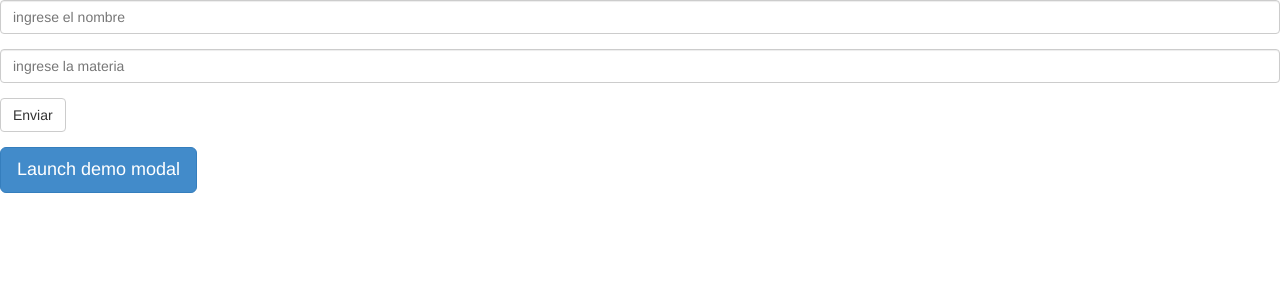
Repository: diego-gabriel/procesos_agiles
Page: http://localhost/
The author's editor kept a record of every edit. The page is drawn from the files as they stood at one moment, then again after the next edit.
The browser window is 1280 px wide. The pictures show the whole page.
The page is run by PHP 8.4 with error messages shown; the project is at /var/www/html/.

Above is the page before.

### index.php
<!DOCTYPE html>
<html>
<head>
		<link rel="stylesheet" href="css/bootstrap.css">
		<link rel="stylesheet" href="css/datepicker.css">
		<script src="js/jquery.min.js"></script>
		<script src="js/bootstrap.js"></script>
		<script src="js/bootstrap-datepicker.js"></script>
		<script>
			$(function(){
			 $('.datepicker').datepicker();
			});
		</script>
	</head>
	<body>

		<div name="container">
		 <form action="index.php" method="post" name="fventa">

		 	 <div class="form-group">

			  <input type="text" name="nombre" class="form-control" placeholder="ingrese el nombre"/>
			  </div>
			  <div class="form-group">
			    <input type="text" name="materia" class="form-control" placeholder="ingrese la materia"/>
			  </div>
			  <div class="form-group">
				<button type="submit" class="btn btn-default">Enviar</button>
		       </div>
			</form>
		</div>



<!-- Button trigger modal -->
<button class="btn btn-primary btn-lg" data-toggle="modal" data-target="#login">
  Launch demo modal
</button>

<!-- Modal -->
<div class="modal fade" id="login" tabindex="-1" role="dialog" aria-labelledby="loginLabel" aria-hidden="true">
  <div class="modal-dialog modal-sm">
    <div class="modal-content">
      <div class="modal-header">
        <button type="button" class="close" data-dismiss="modal"><span aria-hidden="true">&times;</span><span class="sr-only">cerrar</span></button>
        <h4 class="modal-title" id="loginLabel">Ingrese sus datos</h4>
      </div>
      <div class="modal-body">
        	<div class="main-contant">
					<h3>
						Login
					</h3><hr>

					<input type="text" name="username" placeholder="UserName">
					<input type="password" name="password" placeholder="Password">
					<button class='btn btn-primary' style='width:100%;margin-top:10%;height:45px;' >LogIn </button>

				</div>   <!---end of main-contant----->

	</body>
</html>

### css/datepicker.css
/*!
 * Datepicker for Bootstrap
 *
 * Copyright 2012 Stefan Petre
 * Licensed under the Apache License v2.0
 * http://www.apache.org/licenses/LICENSE-2.0
 *
 */
.datepicker {
  top: 0;
  left: 0;
  padding: 4px;
  margin-top: 1px;
  -webkit-border-radius: 4px;
  -moz-border-radius: 4px;
  border-radius: 4px;
  /*.dow {
    border-top: 1px solid #ddd !important;
  }*/

}
.datepicker:before {
  content: '';
  display: inline-block;
  border-left: 7px solid transparent;
  border-right: 7px solid transparent;
  border-bottom: 7px solid #ccc;
  border-bottom-color: rgba(0, 0, 0, 0.2);
  position: absolute;
  top: -7px;
  left: 6px;
}
.datepicker:after {
  content: '';
  display: inline-block;
  border-left: 6px solid transparent;
  border-right: 6px solid transparent;
  border-bottom: 6px solid #ffffff;
  position: absolute;
  top: -6px;
  left: 7px;
}
.datepicker > div {
  display: none;
}
.datepicker table {
  width: 100%;
  margin: 0;
}
.datepicker td,
.datepicker th {
  text-align: center;
  width: 20px;
  height: 20px;
  -webkit-border-radius: 4px;
  -moz-border-radius: 4px;
  border-radius: 4px;
}
.datepicker td.day:hover {
  background: #eeeeee;
  cursor: pointer;
}
.datepicker td.day.disabled {
  color: #eeeeee;
}
.datepicker td.old,
.datepicker td.new {
  color: #999999;
}
.datepicker td.active,
.datepicker td.active:hover {
  color: #ffffff;
  background-color: #006dcc;
  background-image: -moz-linear-gradient(top, #0088cc, #0044cc);
  background-image: -webkit-gradient(linear, 0 0, 0 100%, from(#0088cc), to(#0044cc));
  background-image: -webkit-linear-gradient(top, #0088cc, #0044cc);
  background-image: -o-linear-gradient(top, #0088cc, #0044cc);
  background-image: linear-gradient(to bottom, #0088cc, #0044cc);
  background-repeat: repeat-x;
  filter: progid:DXImageTransform.Microsoft.gradient(startColorstr='#ff0088cc', endColorstr='#ff0044cc', GradientType=0);
  border-color: #0044cc #0044cc #002a80;
  border-color: rgba(0, 0, 0, 0.1) rgba(0, 0, 0, 0.1) rgba(0, 0, 0, 0.25);
  *background-color: #0044cc;
  /* Darken IE7 buttons by default so they stand out more given they won't have borders */

  filter: progid:DXImageTransform.Microsoft.gradient(enabled = false);
  color: #fff;
  text-shadow: 0 -1px 0 rgba(0, 0, 0, 0.25);
}
.datepicker td.active:hover,
.datepicker td.active:hover:hover,
.datepicker td.active:focus,
.datepicker td.active:hover:focus,
.datepicker td.active:active,
.datepicker td.active:hover:active,
.datepicker td.active.active,
.datepicker td.active:hover.active,
.datepicker td.active.disabled,
.datepicker td.active:hover.disabled,
.datepicker td.active[disabled],
.datepicker td.active:hover[disabled] {
  color: #ffffff;
  background-color: #0044cc;
  *background-color: #003bb3;
}
.datepicker td.active:active,
.datepicker td.active:hover:active,
.datepicker td.active.active,
.datepicker td.active:hover.active {
  background-color: #003399 \9;
}
.datepicker td span {
  display: block;
  width: 47px;
  height: 54px;
  line-height: 54px;
  float: left;
  margin: 2px;
  cursor: pointer;
  -webkit-border-radius: 4px;
  -moz-border-radius: 4px;
  border-radius: 4px;
}
.datepicker td span:hover {
  background: #eeeeee;
}
.datepicker td span.active {
  color: #ffffff;
  background-color: #006dcc;
  background-image: -moz-linear-gradient(top, #0088cc, #0044cc);
  background-image: -webkit-gradient(linear, 0 0, 0 100%, from(#0088cc), to(#0044cc));
  background-image: -webkit-linear-gradient(top, #0088cc, #0044cc);
  background-image: -o-linear-gradient(top, #0088cc, #0044cc);
  background-image: linear-gradient(to bottom, #0088cc, #0044cc);
  background-repeat: repeat-x;
  filter: progid:DXImageTransform.Microsoft.gradient(startColorstr='#ff0088cc', endColorstr='#ff0044cc', GradientType=0);
  border-color: #0044cc #0044cc #002a80;
  border-color: rgba(0, 0, 0, 0.1) rgba(0, 0, 0, 0.1) rgba(0, 0, 0, 0.25);
  *background-color: #0044cc;
  /* Darken IE7 buttons by default so they stand out more given they won't have borders */

  filter: progid:DXImageTransform.Microsoft.gradient(enabled = false);
  color: #fff;
  text-shadow: 0 -1px 0 rgba(0, 0, 0, 0.25);
}
.datepicker td span.active:hover,
.datepicker td span.active:focus,
.datepicker td span.active:active,
.datepicker td span.active.active,
.datepicker td span.active.disabled,
.datepicker td span.active[disabled] {
  color: #ffffff;
  background-color: #0044cc;
  *background-color: #003bb3;
}
.datepicker td span.active:active,
.datepicker td span.active.active {
  background-color: #003399 \9;
}
.datepicker td span.old {
  color: #999999;
}
.datepicker th.switch {
  width: 145px;
}
.datepicker th.next,
.datepicker th.prev {
  font-size: 21px;
}
.datepicker thead tr:first-child th {
  cursor: pointer;
}
.datepicker thead tr:first-child th:hover {
  background: #eeeeee;
}
.input-append.date .add-on i,
.input-prepend.date .add-on i {
  display: block;
  cursor: pointer;
  width: 16px;
  height: 16px;
}

Loaded but not shown: css/bootstrap.css (library); js/jquery.min.js (library); js/bootstrap.js (library); js/bootstrap-datepicker.js (library)

After the next edit:
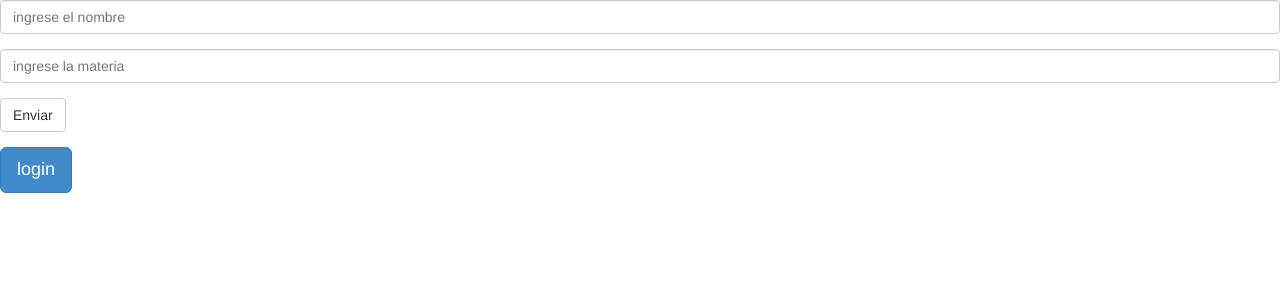
The edit:
--- a/index.php
+++ b/index.php
@@ -34,7 +34,7 @@
 
 <!-- Button trigger modal -->
 <button class="btn btn-primary btn-lg" data-toggle="modal" data-target="#login">
-  Launch demo modal
+  login
 </button>
 
 <!-- Modal -->
